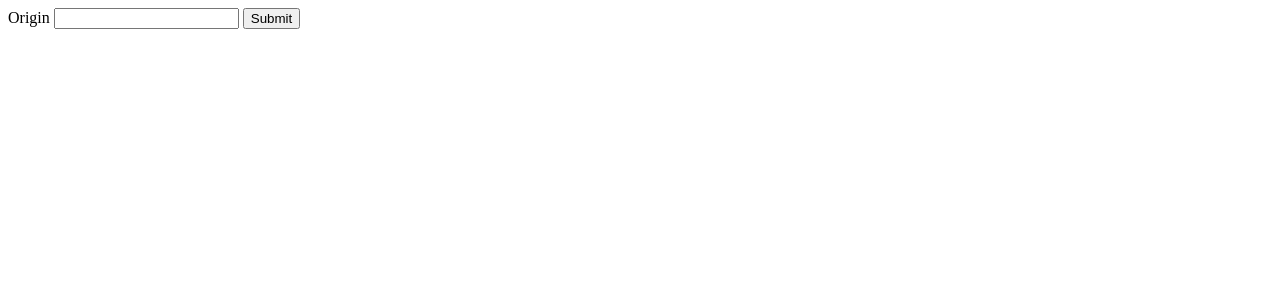
Repository: Yogesh12P/BridgeLabzJava
Page: http://localhost/demmo1/
These files come from the project's save history. The page is drawn as it stood at one moment and after the next save; the edit follows.
The browser window is 1280 px wide. The pictures show the whole page.
The page is served by Tomcat 9. Other server files are loaded and not shown.

Above is the page before, as saved 2017-11-08 06:49:18.

### demmo1/WebContent/index.jsp
<%@ page language="java" contentType="text/html; charset=UTF-8"
    pageEncoding="UTF-8"%>
<!DOCTYPE html PUBLIC "-//W3C//DTD HTML 4.01 Transitional//EN" "http://www.w3.org/TR/html4/loose.dtd">
<html>
<head>
<meta http-equiv="Content-Type" content="text/html; charset=UTF-8">
<title>Insert title here</title>
</head>
<body>
	<form action="login" method="post">

	<label for="origin">Origin</label>
    <input id="email" name="email" value="${param.origin}">
    <span class="error">${errors.origin}</span>

	<input type="submit">
    <!-- Repeat other fields here. -->
	</form>
</body>
</html>

After the next save:
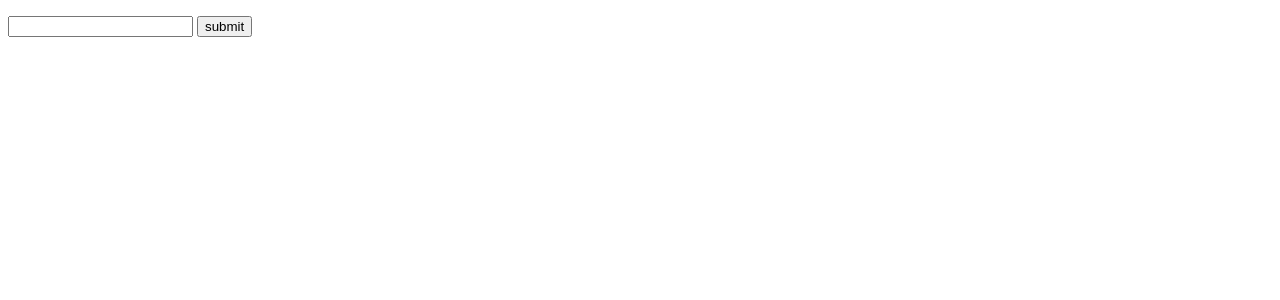
Saved 13 min 44 s later.
--- a/demmo1/WebContent/index.jsp
+++ b/demmo1/WebContent/index.jsp
@@ -8,13 +8,12 @@
 </head>
 <body>
 	<form action="login" method="post">
+        <p>
+            <input type="text" name="name"/>
+            <input type="submit" value="submit">
+            <span class="error">${messages.error}</span>
+        </p>
+    </form>
 
-	<label for="origin">Origin</label>
-    <input id="email" name="email" value="${param.origin}">
-    <span class="error">${errors.origin}</span>
-
-	<input type="submit">
-    <!-- Repeat other fields here. -->
-	</form>
 </body>
 </html>
